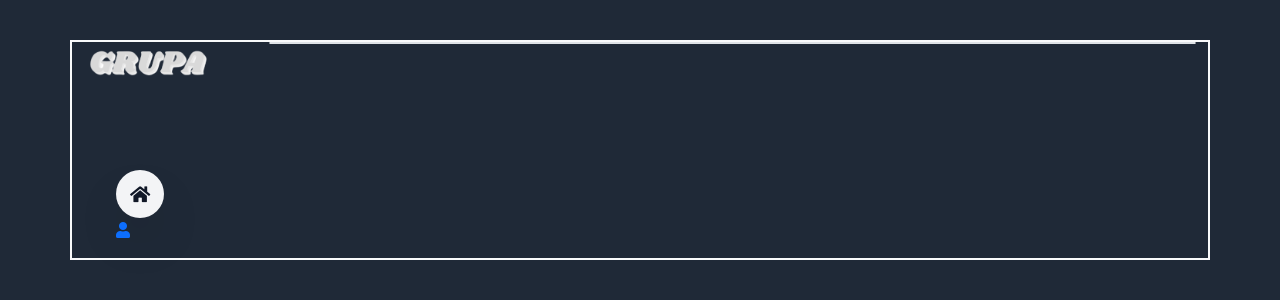
Repository: latenightsnacc/urban-pancake
Page: index.html
An editor plug-in stored every save of this project. The page is shown before and after the next save, followed by the edit.
The browser window is 1280 px wide. The pictures show the whole page.
Some web libraries are served in a nearby version.

Above is the page before, as saved 2021-04-30 15:48:29.

### index.html
<!DOCTYPE html>
<html lang="en">
<head>
    <meta charset="UTF-8">
    <meta http-equiv="X-UA-Compatible" content="IE=edge">
    <meta name="viewport" content="width=device-width, initial-scale=1.0">
    <!--Tailwind Css-->
    <link href="https://unpkg.com/tailwindcss@^2/dist/tailwind.min.css" rel="stylesheet">
    <!--Bootstrap CSS-->
    <link href="https://cdn.jsdelivr.net/npm/bootstrap@5.0.0-beta3/dist/css/bootstrap.min.css" rel="stylesheet" integrity="sha384-eOJMYsd53ii+scO/bJGFsiCZc+5NDVN2yr8+0RDqr0Ql0h+rP48ckxlpbzKgwra6" crossorigin="anonymous">
    <!--Font Awesome 5 CDN-->
    <link href="https://cdnjs.cloudflare.com/ajax/libs/font-awesome/5.13.0/css/all.min.css" rel="stylesheet">
    <!--Material Icons-->
    <link href="https://fonts.googleapis.com/css?family=Material+Icons|Material+Icons+Outlined|Material+Icons+Two+Tone|Material+Icons+Round|Material+Icons+Sharp" rel="stylesheet">
    <!--Google Font-->
    <link rel="preconnect" href="https://fonts.gstatic.com">
    <link href="https://fonts.googleapis.com/css2?family=Archivo:wght@400;700&display=swap" rel="stylesheet">
    <title>GRUPA</title>
</head>
<body class="bg-gray-800 pt-10">
    <main class="container border-2 border-gray-50">
        <div class="w-full flex flex-row">
            <div class="w-1/6">
                <a href="index.html">
                    <div class="h-32 w-32">
                        <img class="w-full" src="./assets/logo/LOGO-shadow.png" >
                    </div>
                </a>
                <ul class="flex flex-col">
                    <li class="mr-5">
                        <a href="index.html" class="flex flex-row items-center justify-center text-lg bg-gray-100 shadow-2xl border-gray-100 rounded-full h-12 w-12 text-gray-900 no-underline">
                            <i class="fas fa-home"></i>
                            <!-- <span class="ml-2 hidden md:block capitalize text-sm">home</span> -->
                        </a>
                    </li>
                    <li>
                        <a href="#">
                            <i class="fas fa-user"></i>
                        </a>
                    </li>
                </ul>
            </div>
            <div class="w-5/6">
            <div class="border rounded-lg">
                <img src="" alt="">
            </div>
            </div>
        </div>
    </main>

    <!--bootstrap JS-->
    <script src="https://cdn.jsdelivr.net/npm/bootstrap@5.0.0-beta3/dist/js/bootstrap.bundle.min.js" integrity="sha384-JEW9xMcG8R+pH31jmWH6WWP0WintQrMb4s7ZOdauHnUtxwoG2vI5DkLtS3qm9Ekf" crossorigin="anonymous"></script>
</body>
</html>

After the next save:
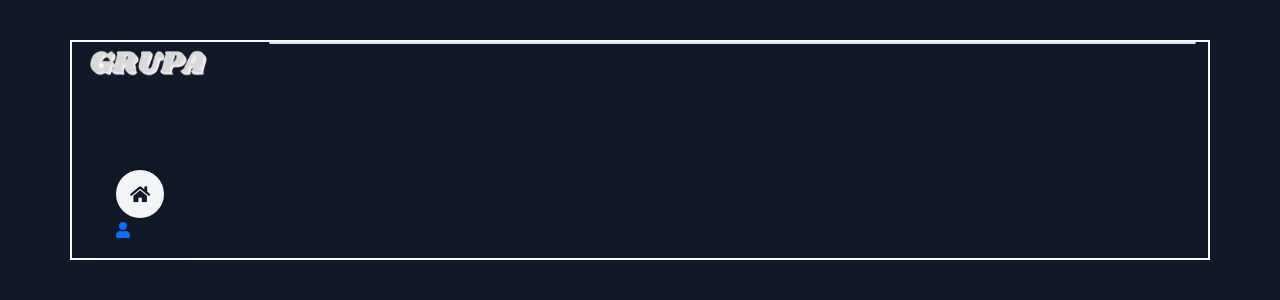
Saved 10 s later.
--- a/index.html
+++ b/index.html
@@ -17,7 +17,7 @@
     <link href="https://fonts.googleapis.com/css2?family=Archivo:wght@400;700&display=swap" rel="stylesheet">
     <title>GRUPA</title>
 </head>
-<body class="bg-gray-800 pt-10">
+<body class="bg-gray-900 pt-10">
     <main class="container border-2 border-gray-50">
         <div class="w-full flex flex-row">
             <div class="w-1/6">
